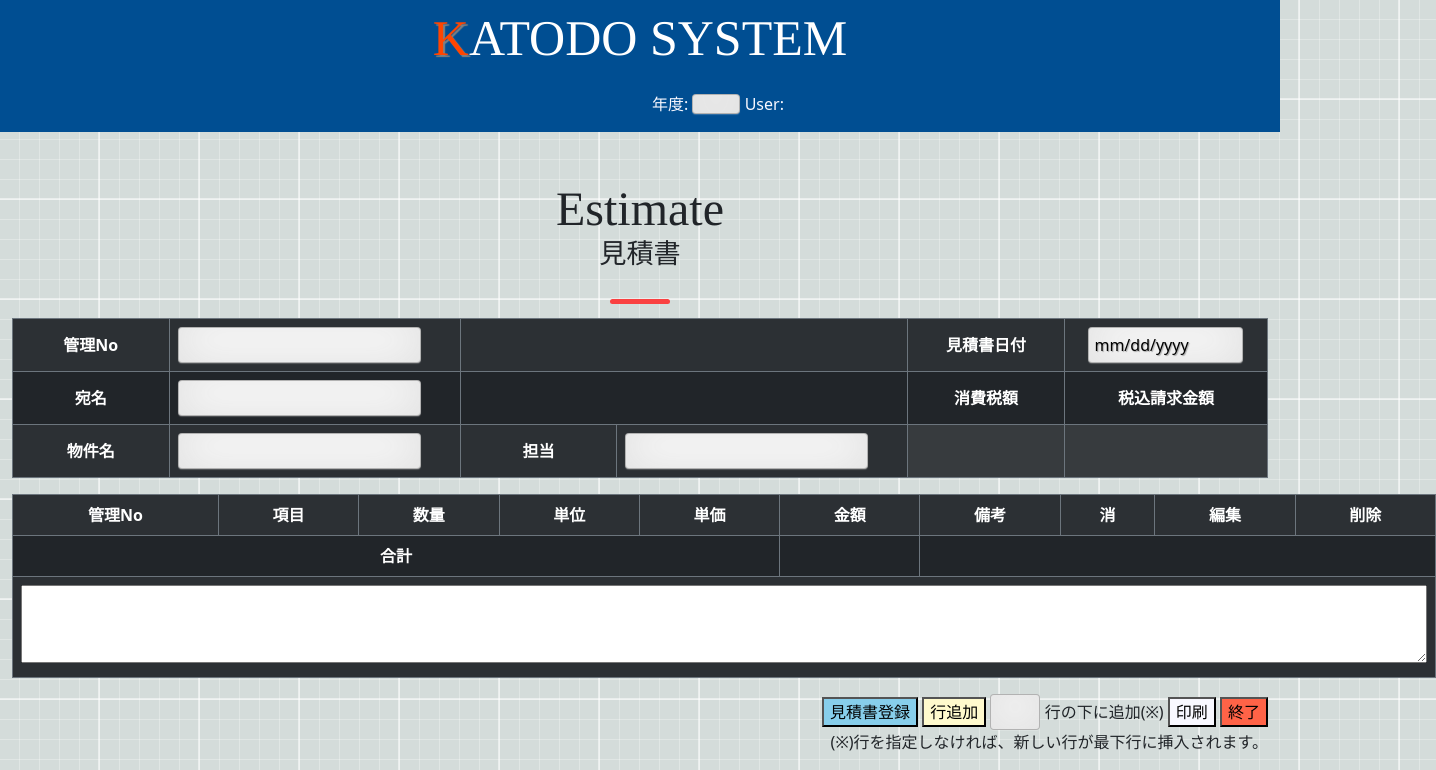
Repository: naokl331/spring
Page: http://localhost/edetail
The author's editor kept a copy of each file at every save. The page is drawn from the files as they stood at one save, then again after the next save.
The browser window is 1280 px wide. The page is 1436 px wide, so the pictures cover 1436 px, including what lies to the right of the window. The pictures show the whole page.
The page is this project's Thymeleaf template; nobody is signed in. The template is opened directly, without the code that normally fills it, so the values that code supplies are empty.

Above is the page before, as saved 2023-06-22 00:40:34.
Console error: ReferenceError: $ is not defined

After the next save:
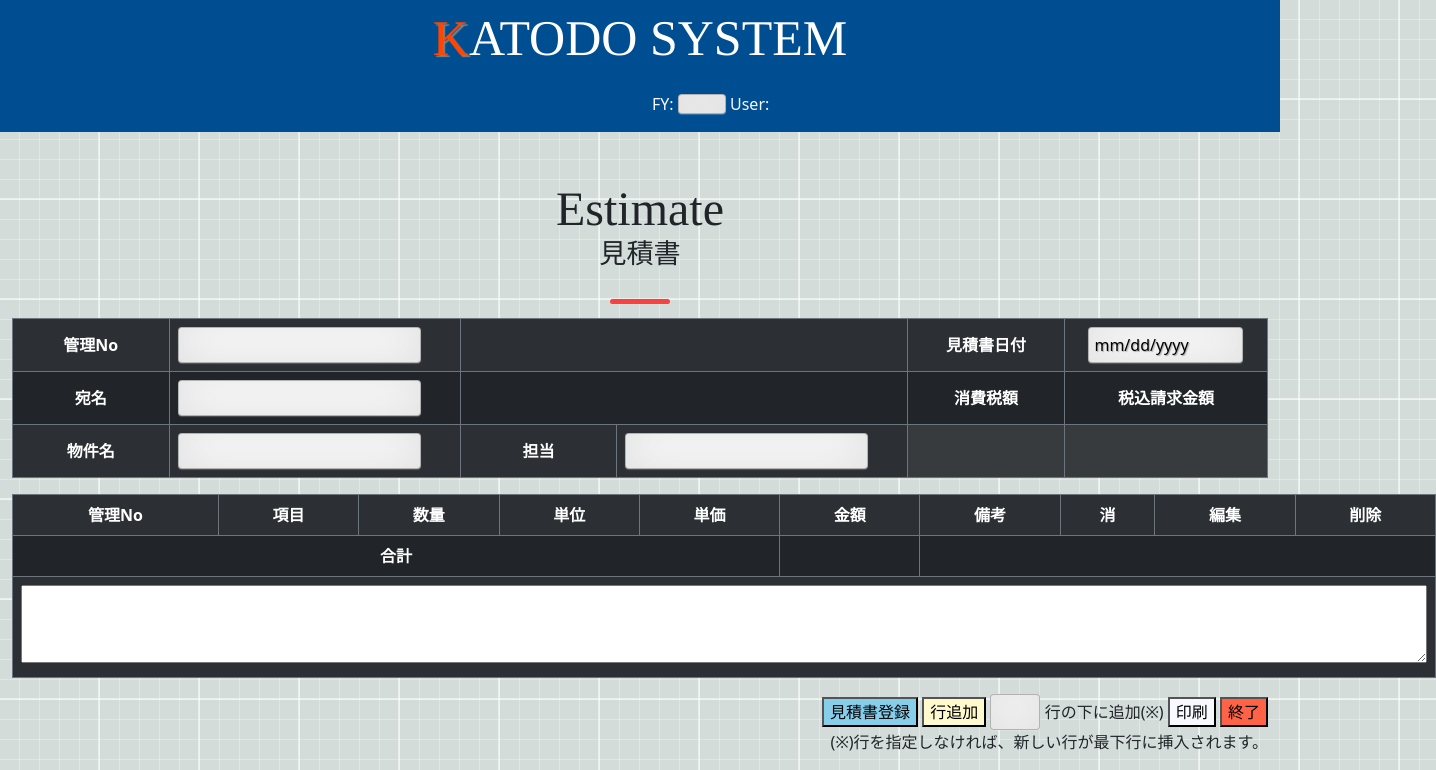
Saved 49 s later.
--- a/katodo/src/main/resources/templates/header2.html
+++ b/katodo/src/main/resources/templates/header2.html
@@ -18,7 +18,7 @@
 
 		<div class="row justify-content-end py-3">
 			<div class="col-6">
-				<label>年度:</label>
+				<label>FY:</label>
 				<input class="nendo" type="text" th:value="${session.year}" readonly>
 				<label>User:</label>
 				<span th:text="${session.name}"></span>
